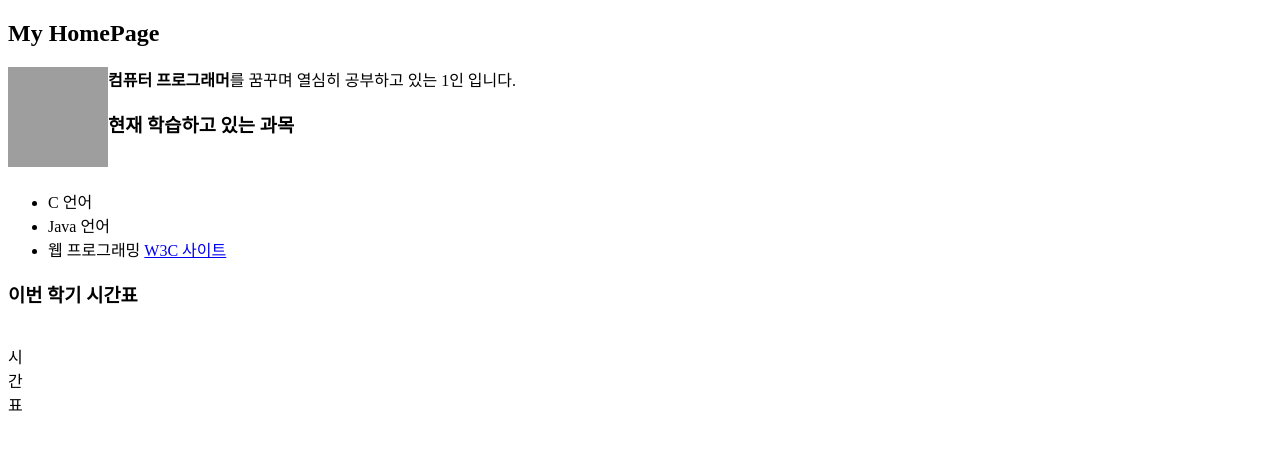
Repository: dhbaek2004/JSPex
Page: http://localhost/UX/MyHomePage.jsp
The author's editor kept a copy of each file at every save. The page is drawn from the files as they stood at one save, then again after the next save.
The browser window is 1280 px wide. The pictures show the whole page.
Pictures or frames that could not be fetched are drawn as grey boxes. The page is served by Tomcat 9.

Above is the page before, as saved 2020-08-26 07:22:37.

After the next save:
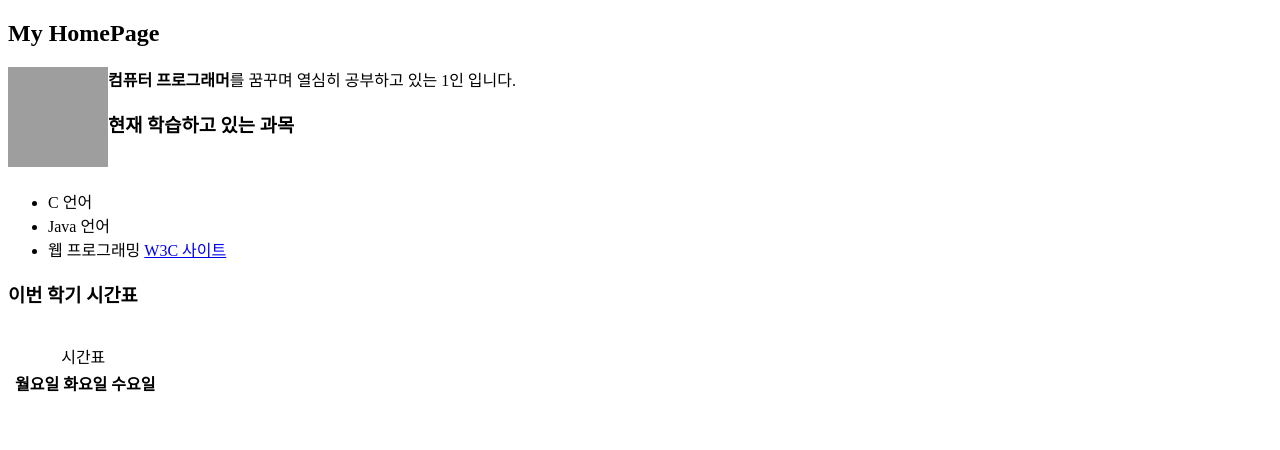
Saved 72 s later.
--- a/Infrearn/UX/UX/WebContent/MyHomePage.jsp
+++ b/Infrearn/UX/UX/WebContent/MyHomePage.jsp
@@ -26,6 +26,12 @@
 	<table>
 		<caption>시간표</caption>
 
+		<tr>
+			<th></th>
+			<th>월요일</th>
+			<th>화요일</th>
+			<th>수요일</th>
+		</tr>
 	</table>
 </body>
 </html>
